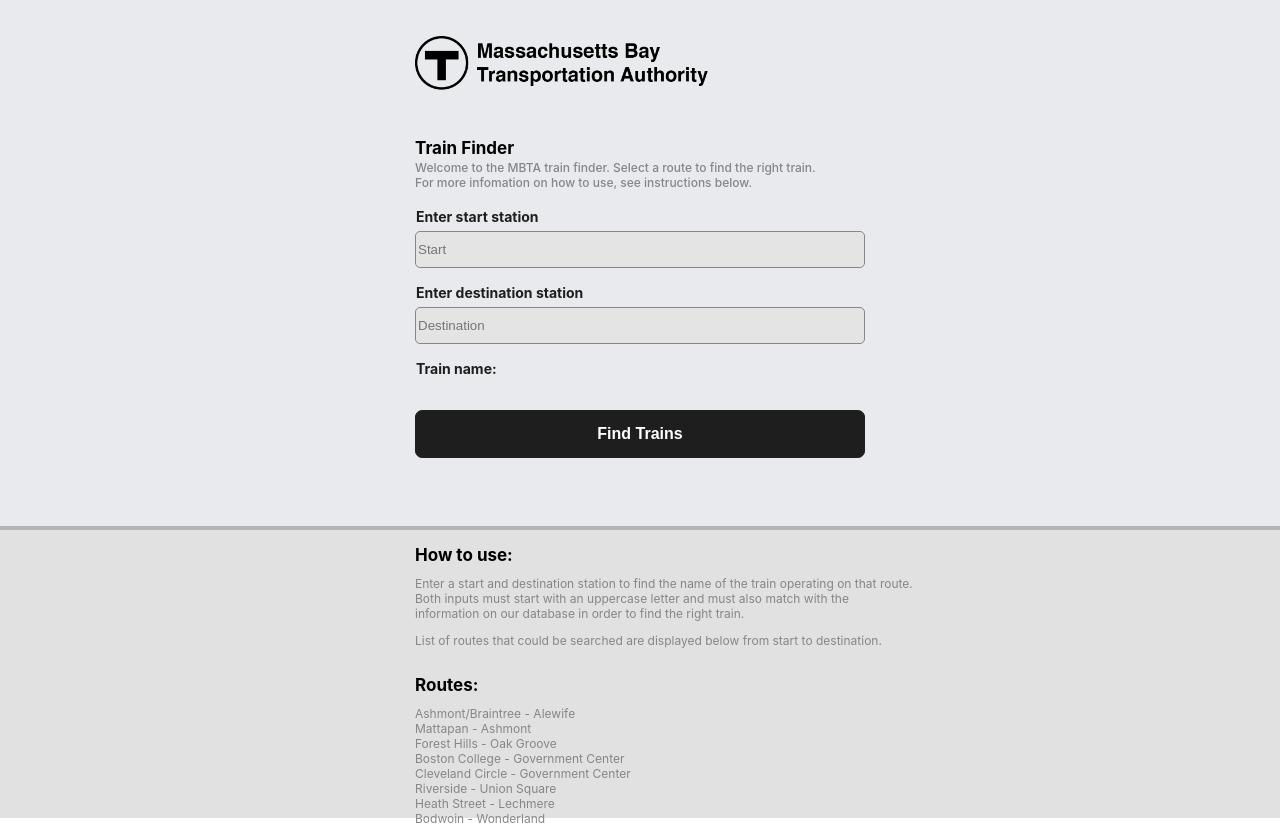
Repository: jumadesigns/mbta-train-finder
Page: / (app in mbta-app/)
An editor plug-in stored every save of this project. The page is shown before and after a run of saves, followed by the edit.
The browser window is 1280 px wide. The pictures show the whole page.
The page's requests for data from a server got no answer. The project was rebuilt for these pictures with package versions that can differ from the ones it lists, and the page was loaded fresh each time. No one was signed in, and anything a server would have sent is missing.

Above is the page before, as saved 2022-09-26 22:07:14.

After the next 3 saves:
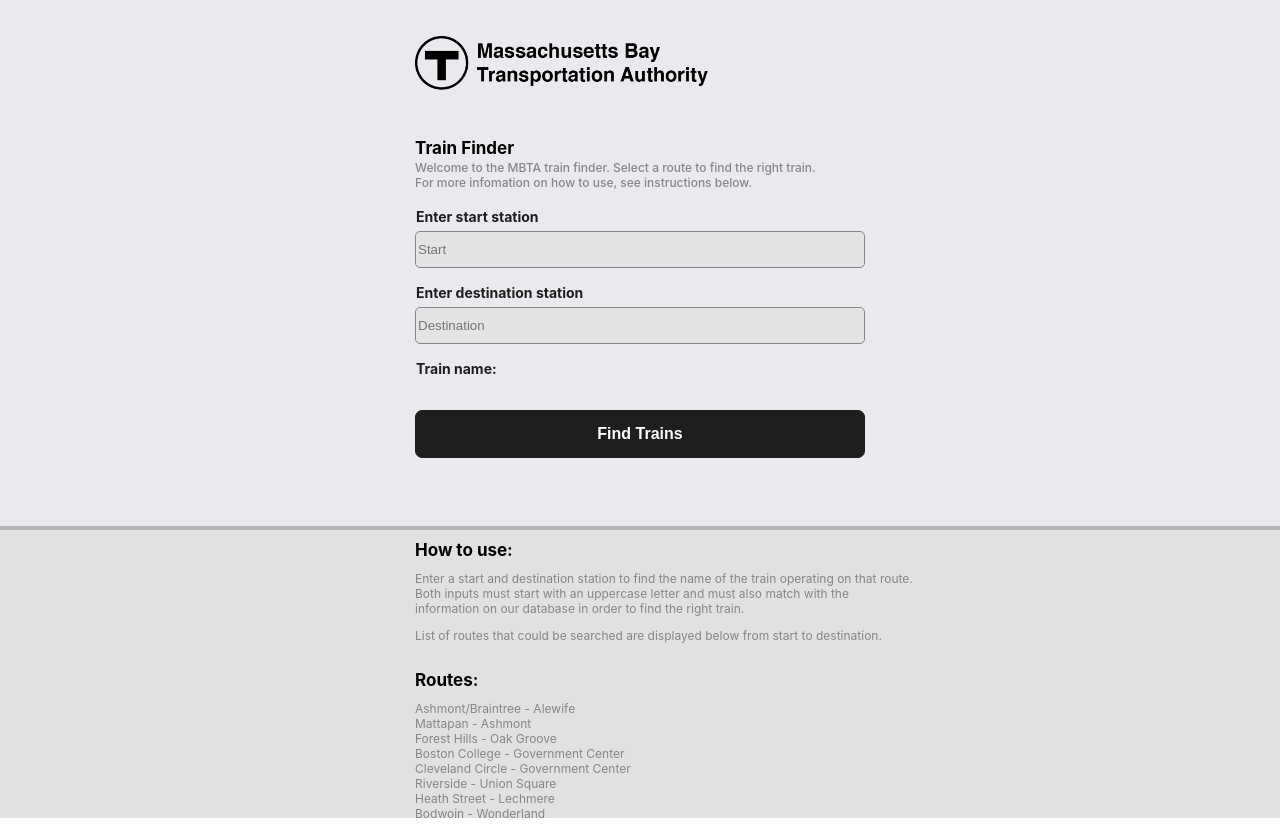
The 3 saves are shown as one change because they came seconds apart.
The last was saved 8 s later.
--- a/mbta-app/src/index.css
+++ b/mbta-app/src/index.css
@@ -129,7 +129,7 @@
 .bottom-center-div {
   height: 400px;
   width: 450px;
-  margin-top: 0px;
+  margin-top: -10px;
   top: 40%;
   /*background-color: blue;*/
 }
